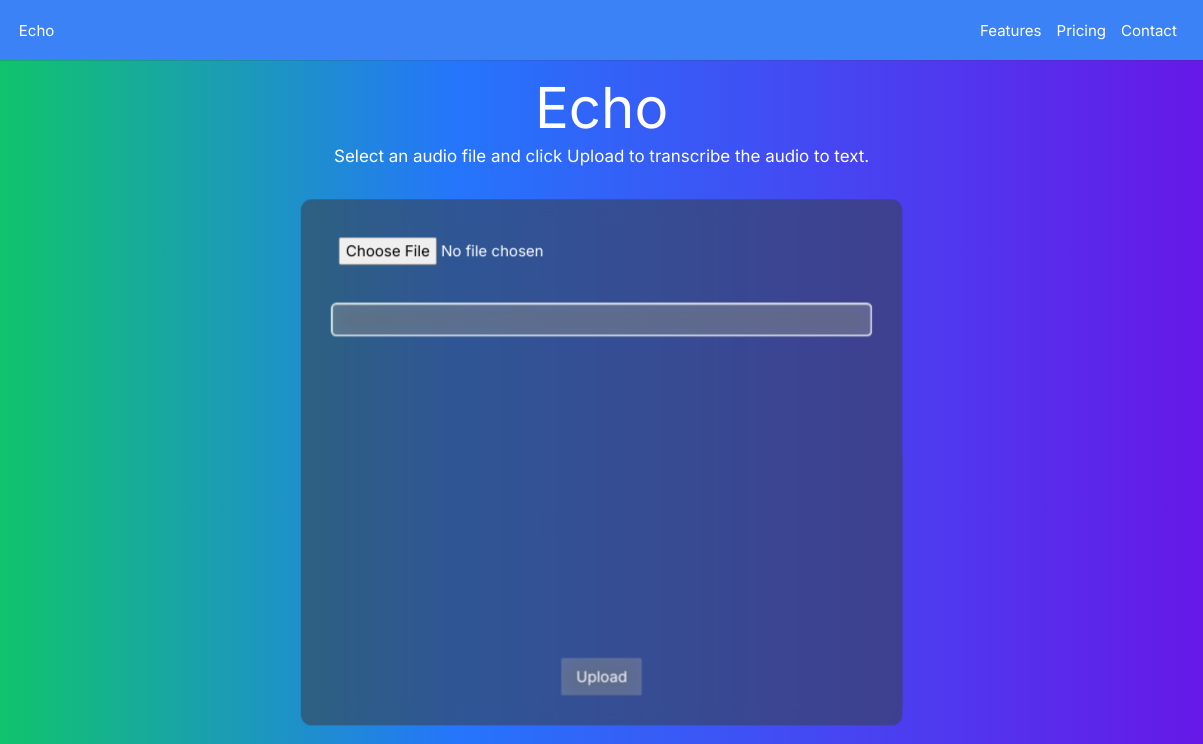
Repository: MikeeBuilds/whisperer
Page: /
The author's editor kept a copy of each file at every save. The page is drawn from the files as they stood at one save, then again after the next save.
The browser window is 1280 px wide. The pictures show the whole page, at 94% of full size.
The project was rebuilt for these pictures with package versions that can differ from the ones it lists, and the page was loaded fresh each time. The framework's server and built-in components were replaced by stand-ins that run in the browser. Also part of the build but not shown: next.config.js.

Above is the page before, as saved 2023-06-26 16:24:06.

### src/app/layout.tsx
import Navbar from './components/NavBar'
import './globals.css'
import { Inter } from 'next/font/google'

const inter = Inter({ subsets: ['latin'] })

export const metadata = {
  title: 'Create Next App',
  description: 'Generated by create next app',
}

export default function RootLayout({
  children,
}: {
  children: React.ReactNode
}) {
  return (
    <html lang="en">
      <body className={inter.className}>
        <Navbar/>
        {children}
      </body>
    </html>
  )
}

### src/app/page.tsx
'use client'

import { useState } from "react"

export default function Home() {
  const [theFile, setTheFile] = useState<File | null>(null);
  const [isLoading, setIsLoading] = useState(false);
  const [response, setResponse] = useState("");

  const handleFileChange = (event: React.ChangeEvent<HTMLInputElement>) => {
    const file = event.currentTarget.files?.[0];
    if (!file) return;

    setTheFile(file);
  };

  const callGetTranscription = async () => {
    setIsLoading(true);

    if (!theFile) {
      // Handle the case when no file is selected
      setIsLoading(false);
      return;
    }

    const formData = new FormData();
    formData.set("file", theFile);

    try {
      const response = await fetch("/api", {
        method: "POST",
        body: formData,
      });

      if (response.ok) {
        // Handle the success response
        console.log("File uploaded successfully");
      } else {
        // Handle the error response
        console.error("Failed to upload file");
      }

      const data = await response.json();

      setResponse(data.output.text);
    } catch (error) {
      // Handle any errors
      console.error("An error occurred while uploading the file", error);
    }

    setTheFile(null);
    setIsLoading(false);
  };

  return (
    <main className="flex min-h-screen flex-col items-center justify-center px-24 py-5 gradient-bg">
      <h1 className="text-6xl font-sans mb-2 text-white">Echo</h1>
      <p className="text-lg font-sans mb-8 text-white">Select an audio file and click Upload to transcribe the audio to text.</p>

      <div className="flex h-[35rem] w-[40rem] flex-col items-center bg-gray-700 rounded-xl p-8 backdrop-blur-md bg-opacity-60">
        <div className="h-full flex flex-col gap-4 overflow-y-auto w-full">
          <input type="file" accept=".wav, .mp3" onChange={handleFileChange} className="mb-4 p-2" />

          <div className="w-full h-max border-2 break-words p-4 bg-white bg-opacity-20 rounded-md backdrop-blur-md">
            {isLoading ? "Loading..." : response ? response : ""}
          </div>
        </div>
        <div className="w-full mt-4 flex justify-center">
          <button
            onClick={callGetTranscription}
            className="w-max bg-white bg-opacity-20 px-4 py-2 rounded-sm hover:bg-opacity-30 transition-colors duration-200 backdrop-blur-md"
          >
            Upload
          </button>
        </div>
      </div>
    </main>
  );
}

### src/app/components/NavBar.tsx
export default function Navbar() {
    return (
      <nav className="flex justify-between p-5 bg-blue-500 text-white">
        <div>Echo</div>
        <div>
          <a href="#features" className="mx-2">Features</a>
          <a href="#pricing" className="mx-2">Pricing</a>
          <a href="#contact" className="mx-2">Contact</a>
        </div>
      </nav>
    );
  }

### src/app/globals.css
@tailwind base;
@tailwind components;
@tailwind utilities;

@keyframes gradient {
  0% {
    background-position: 0% 50%;
  }
  50% {
    background-position: 100% 50%;
  }
  100% {
    background-position: 0% 50%;
  }
}

body {
  background: #222222;
  color: white;
}

.gradient-bg {
  animation: gradient 15s ease infinite;
  background: linear-gradient(270deg, #6b11e6, #2575fc, #00ff00, #ffff00);
  background-size: 200% 200%;
}

### tailwind.config.js
/** @type {import('tailwindcss').Config} */
module.exports = {
  content: [
    './src/pages/**/*.{js,ts,jsx,tsx,mdx}',
    './src/components/**/*.{js,ts,jsx,tsx,mdx}',
    './src/app/**/*.{js,ts,jsx,tsx,mdx}',
  ],
  theme: {
    extend: {
      fontFamily: {
        sans: ['var(--font-inter)'],
      },
    },
  },
  plugins: [],
}

### src/app/components/Features.tsx
export default function Features() {
    return (
      <section id="features" className="p-5">
        <h2 className="text-2xl font-bold mb-5">Features</h2>
        {/* Add feature descriptions here */}
      </section>
    );
  }

### src/app/components/Pricing.tsx
export default function Pricing() {
    return (
      <section id="pricing" className="p-5">
        <h2 className="text-2xl font-bold mb-5">Pricing</h2>
        {/* Add pricing tiers here */}
      </section>
    );
  }

### src/app/components/Contact.tsx
export default function Contact() {
    return (
      <section id="contact" className="p-5">
        <h2 className="text-2xl font-bold mb-5">Contact</h2>
        {/* Add contact form or information here */}
      </section>
    );
  }

After the next save:
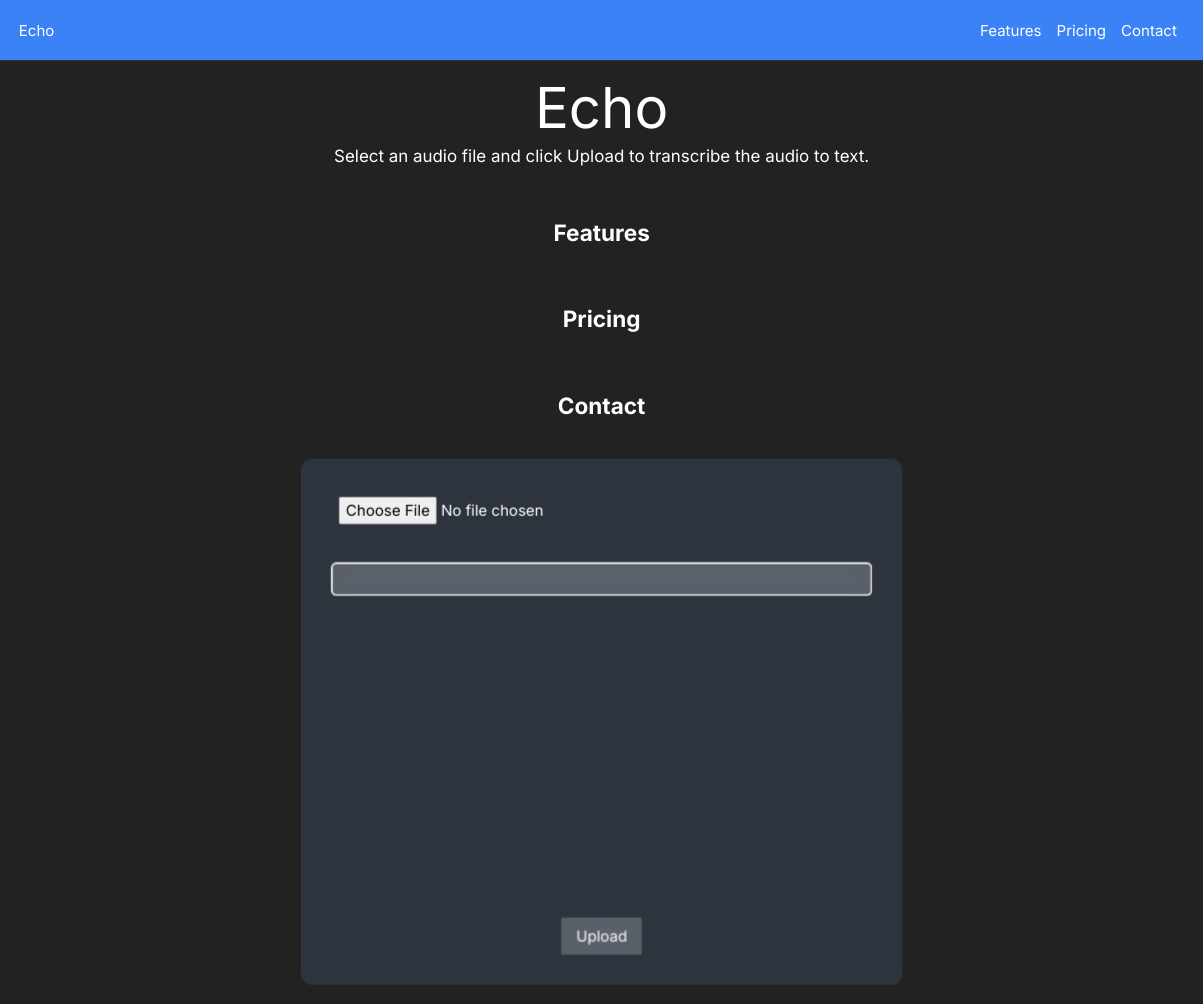
Saved 4 min 28 s later.
--- a/src/app/page.tsx
+++ b/src/app/page.tsx
@@ -1,6 +1,7 @@
-'use client'
-
 import { useState } from "react"
+import Features from './components/Features';
+import Pricing from './components/Pricing';
+import Contact from './components/Contact';
 
 export default function Home() {
   const [theFile, setTheFile] = useState<File | null>(null);
@@ -53,9 +54,13 @@ export default function Home() {
   };
 
   return (
-    <main className="flex min-h-screen flex-col items-center justify-center px-24 py-5 gradient-bg">
+    <main className="flex min-h-screen flex-col items-center justify-center px-24 py-5">
       <h1 className="text-6xl font-sans mb-2 text-white">Echo</h1>
       <p className="text-lg font-sans mb-8 text-white">Select an audio file and click Upload to transcribe the audio to text.</p>
+
+      <Features />
+      <Pricing />
+      <Contact />
 
       <div className="flex h-[35rem] w-[40rem] flex-col items-center bg-gray-700 rounded-xl p-8 backdrop-blur-md bg-opacity-60">
         <div className="h-full flex flex-col gap-4 overflow-y-auto w-full">
